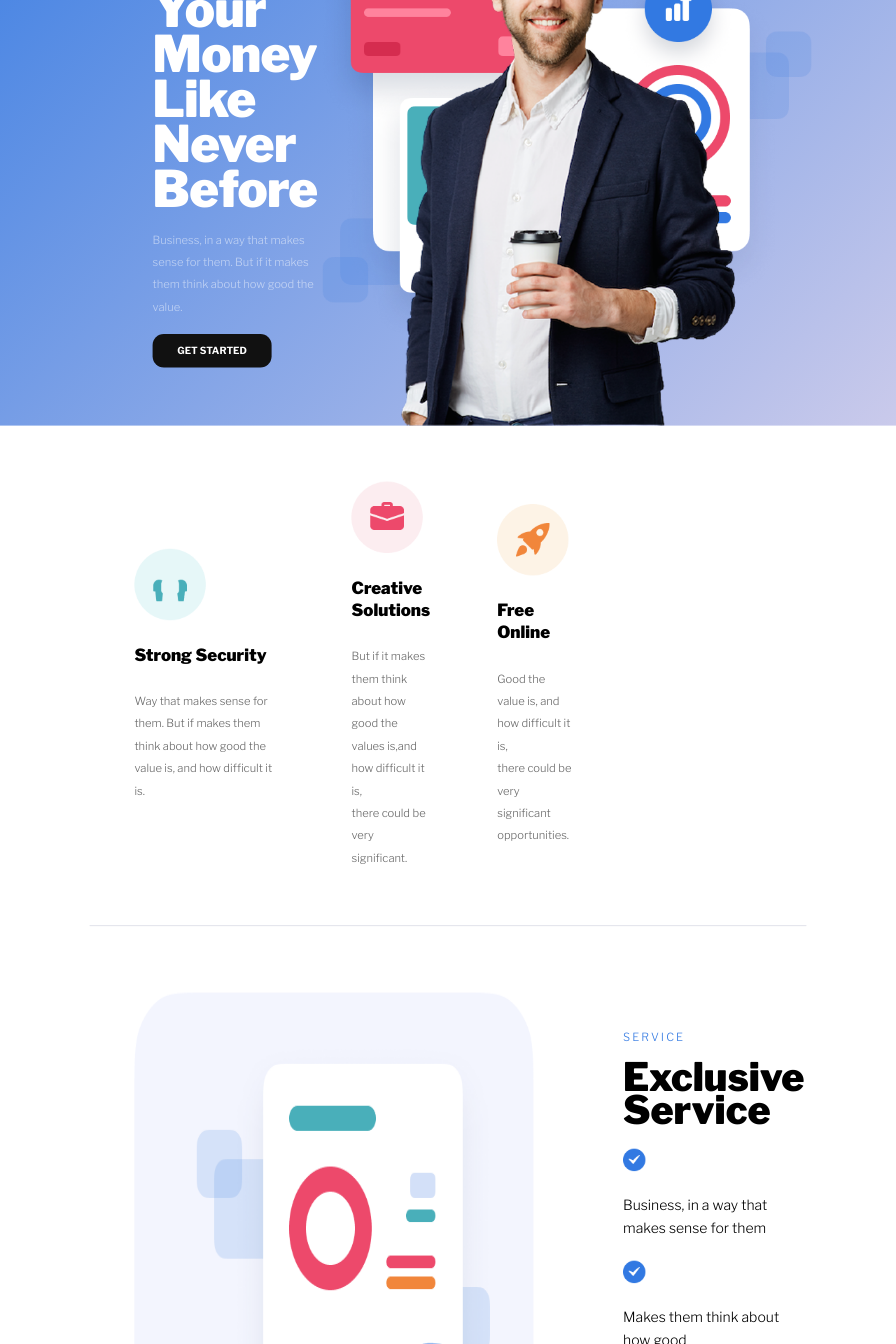
Repository: juniorAntunes910/Make-Money-Design-Avaliacao
Page: index.html
These files come from the project's save history. The page is drawn as it stood at one moment and after a run of saves; the edit follows.
The browser window is 1280 px wide. The pictures show the part of the page from y = 420 to 2340 px (the page is 8392 px tall), at 70% of full size.

Above is the page before, as saved 2026-03-13 12:30:13.

After the next 2 saves:
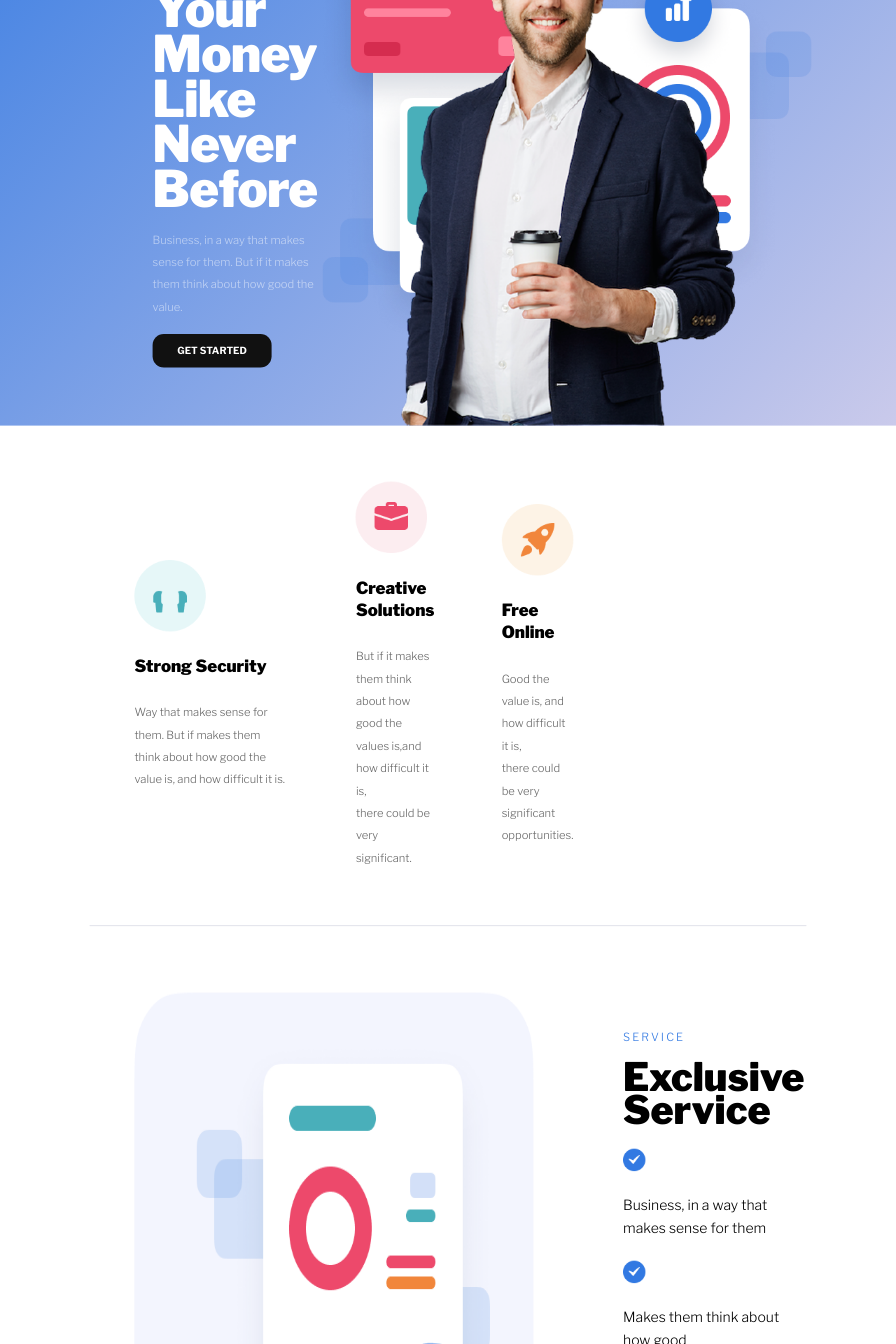
The 2 saves are shown as one change because they came seconds apart.
The last was saved 6 s later.
--- a/index.html
+++ b/index.html
@@ -93,8 +93,8 @@
 
                 <p class="main-content-card-box-content-description">
                     Way that makes sense for them. But if
-                    makes them think about how good the <span class="quebra-desktop"></span><span
-                        class="quebra-mobile"></span>
+                    makes them think about how good the
+
                     value is, and how difficult it is. <span class="quebra-mobile"></span>
                 </p>
 
